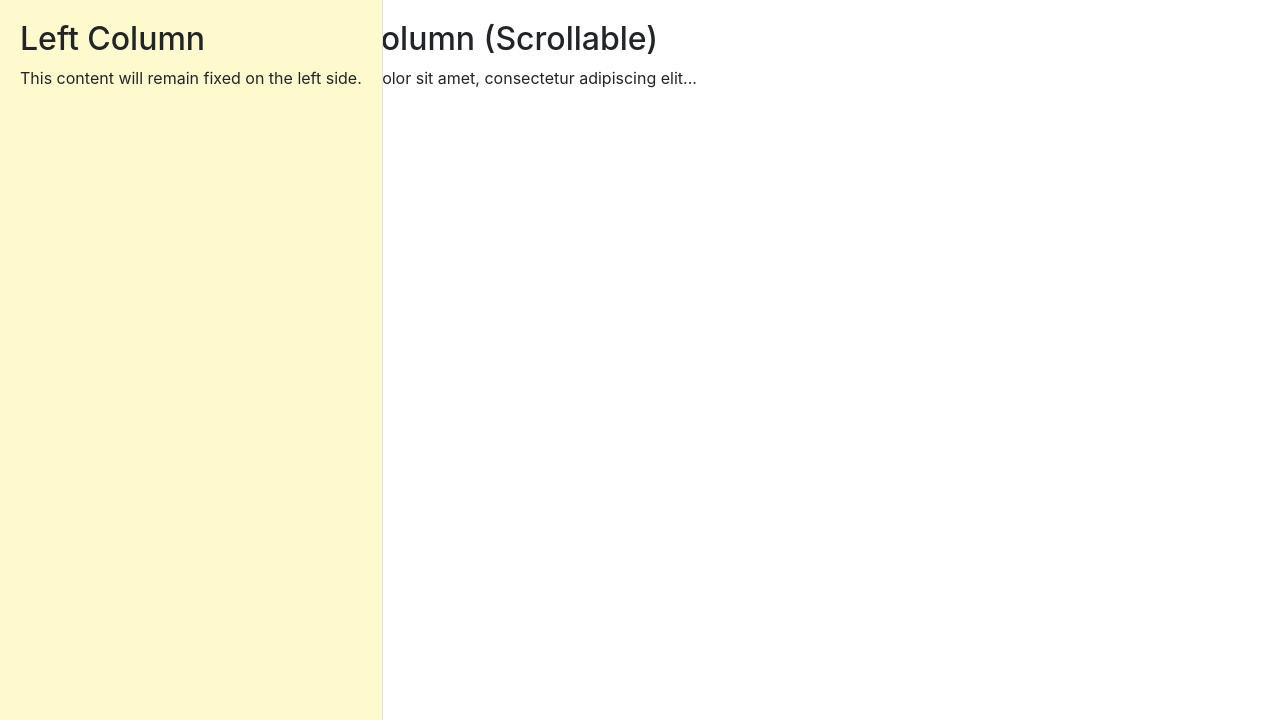
Repository: oliviahsia/FinalProject
Page: src/main/webapp/WEB-INF/main.html
An editor plug-in stored every save of this project. The page is shown before and after the next save, followed by the edit.
The browser window is 1280 px wide. The pictures show the whole page.
Some web libraries are served in a nearby version.

Above is the page before, as saved 2024-03-08 11:52:48.

After the next save:
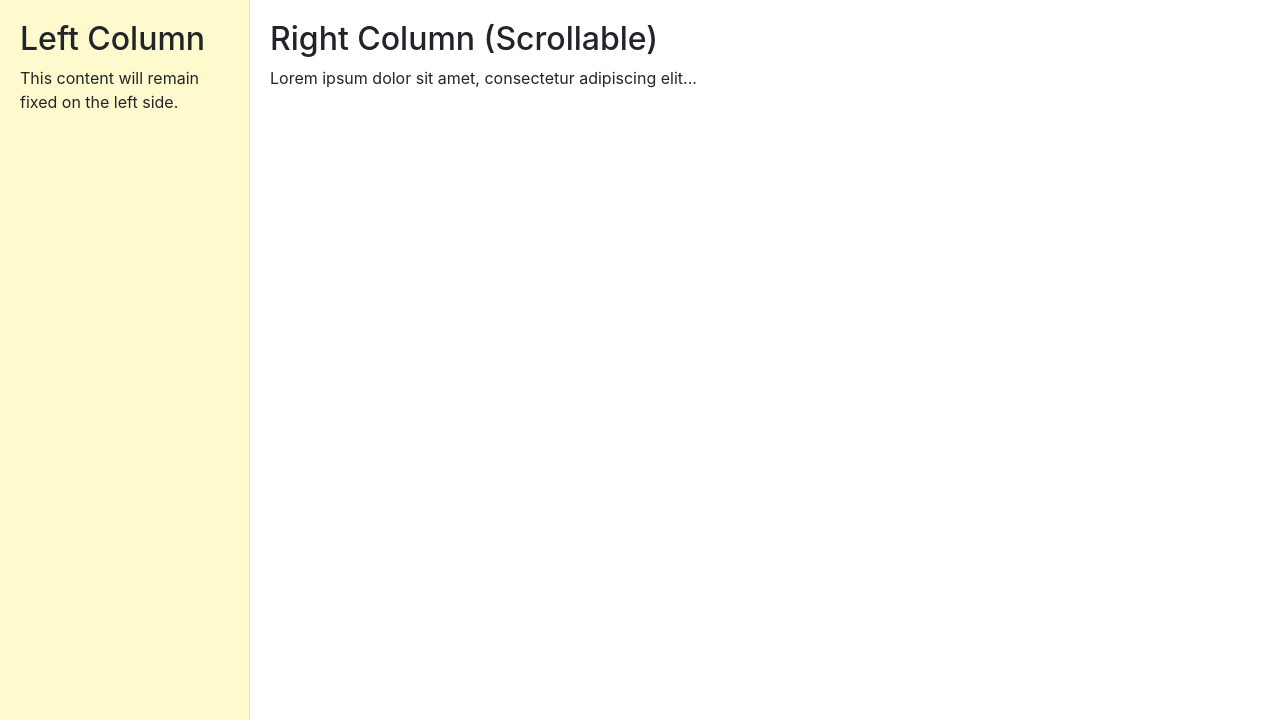
Saved 9 s later.
--- a/src/main/webapp/WEB-INF/main.html
+++ b/src/main/webapp/WEB-INF/main.html
@@ -20,7 +20,7 @@
       position: fixed;
       top: 0;
       left: 0;
-      width: 250;
+      width: 250px;
       /* Set the width of the left column */
       height: 100%;
       background-color: #FFFACD;
